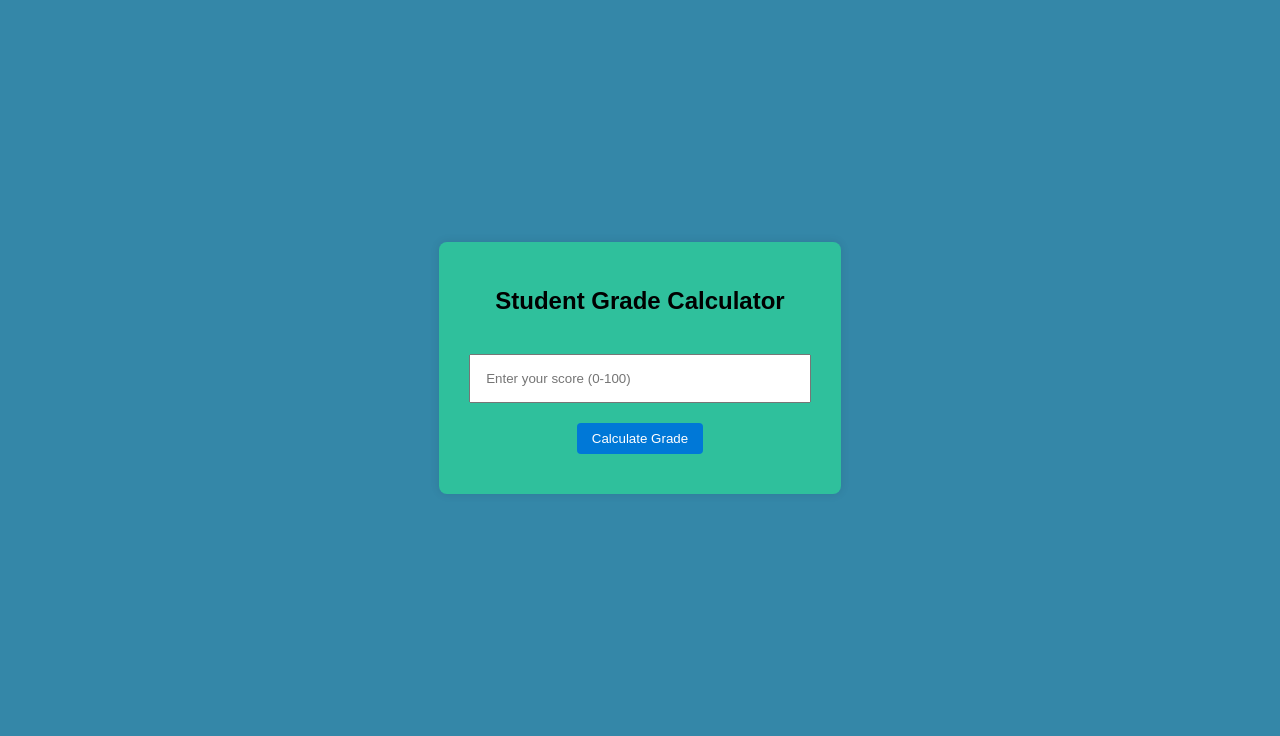
Repository: moshi704/web-dev-labs--group-1
Page: Week 5/Index.html
An editor plug-in stored every save of this project. The page is shown before and after the next save, followed by the edit.
The browser window is 1280 px wide. The pictures show the whole page.

Above is the page before, as saved 2026-06-23 17:36:30.

After the next save:
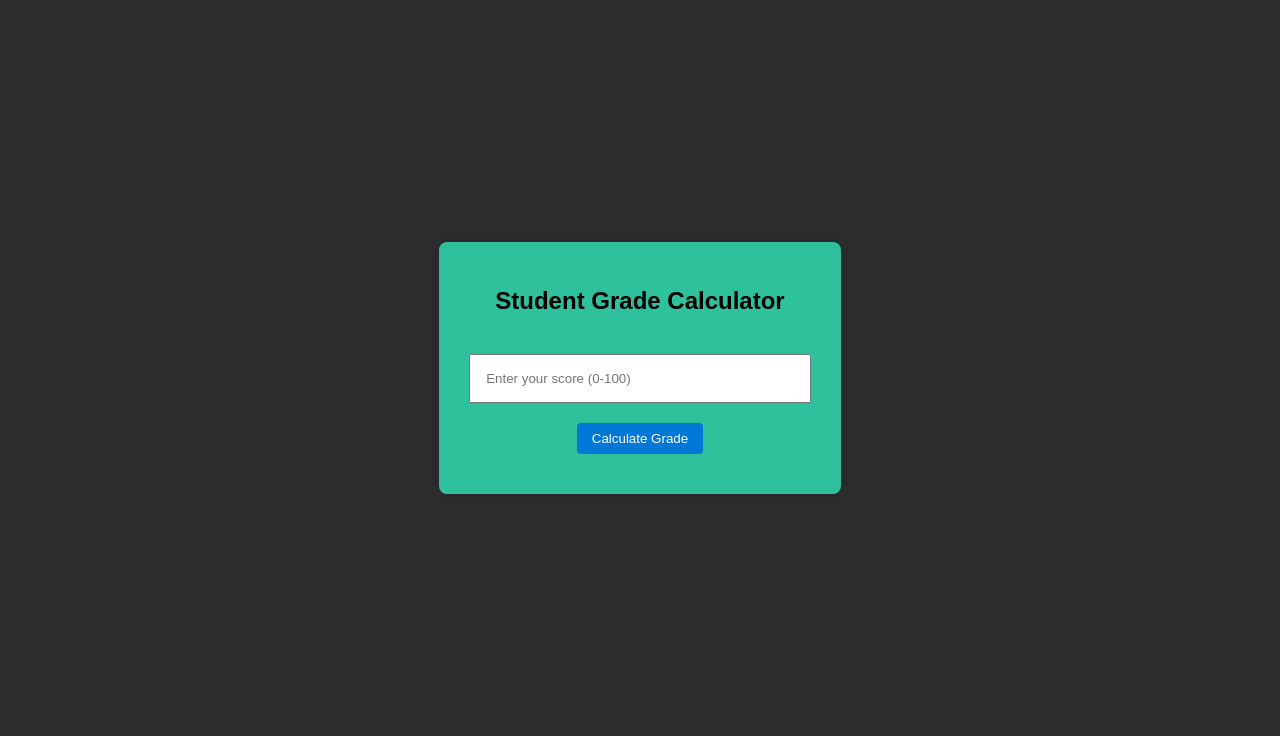
Saved 7 min 3 s later.
--- a/Week 5/style.css
+++ b/Week 5/style.css
@@ -1,6 +1,6 @@
 body {
   font-family: Arial, sans-serif;
-  background-color: #3487a8;
+  background-color: #171a1bea;
   display: flex;
   justify-content: center;
   align-items: center;
